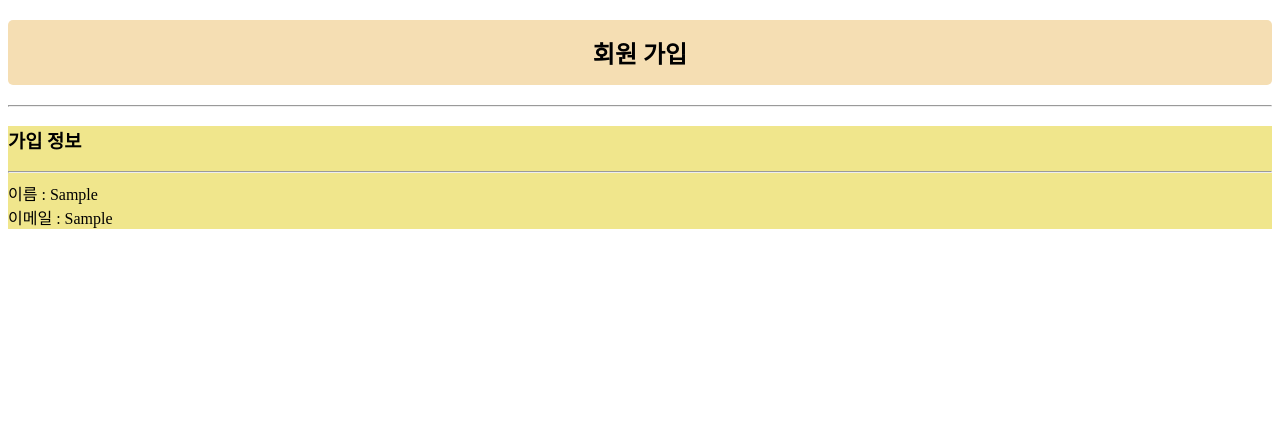
Repository: gold9387/jwbook
Page: jwbook/src/main/webapp/ch03/regform.html
These files come from the project's save history. The page is drawn as it stood at one moment and after the next save; the edit follows.
The browser window is 1280 px wide. The pictures show the whole page.
Empty fields were first filled with sample values (such as "Sample", 5 or name@example.com).
After loading, the first visible `button` was clicked once.

Above is the page before, as saved 2023-06-05 11:36:33.
Console error: TypeError: Cannot read properties of null (reading 'style')

After the next save:
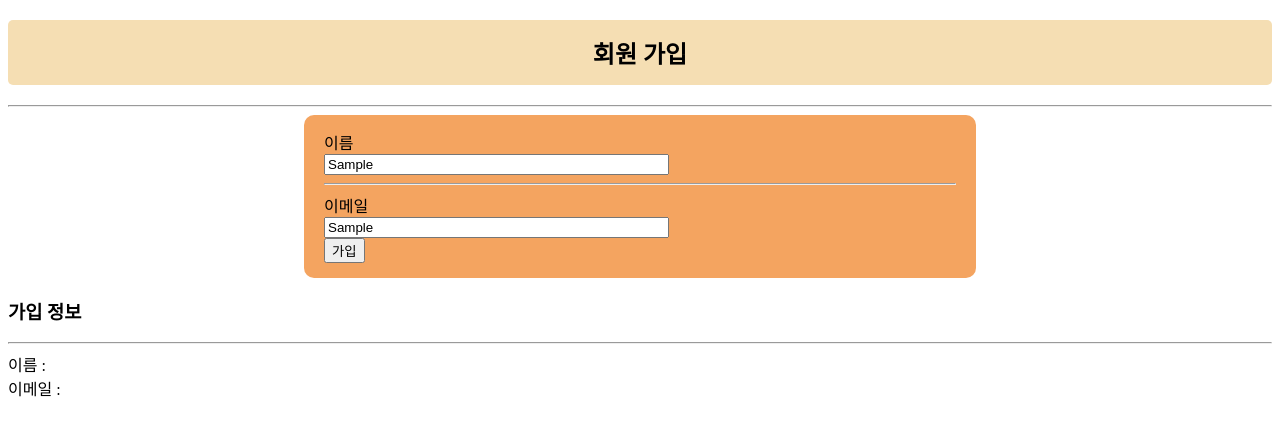
Saved 15 s later.
--- a/jwbook/src/main/webapp/ch03/regform.html
+++ b/jwbook/src/main/webapp/ch03/regform.html
@@ -22,10 +22,10 @@
 <script>
 	function signUp() {
 		alert("정말로 가입하시겠습까?");
-		document.getElementById("regform").style.display = "none";
-		document.getElementById("rname").innerHTML = document.form1.name.value;
-		document.getElementById("remail").innerHTML = document.form1.email.value;
-		document.getElementById("result").setAttribute("style",
+		document.querySelector("regform").style.display = "none";
+		document.querySelector("rname").innerHTML = document.form1.name.value;
+		document.querySelector("remail").innerHTML = document.form1.email.value;
+		document.querySelector("result").setAttribute("style",
 				"display:block; background-color:Khaki;");
 	}
 </script>

After the 3 saves that followed:
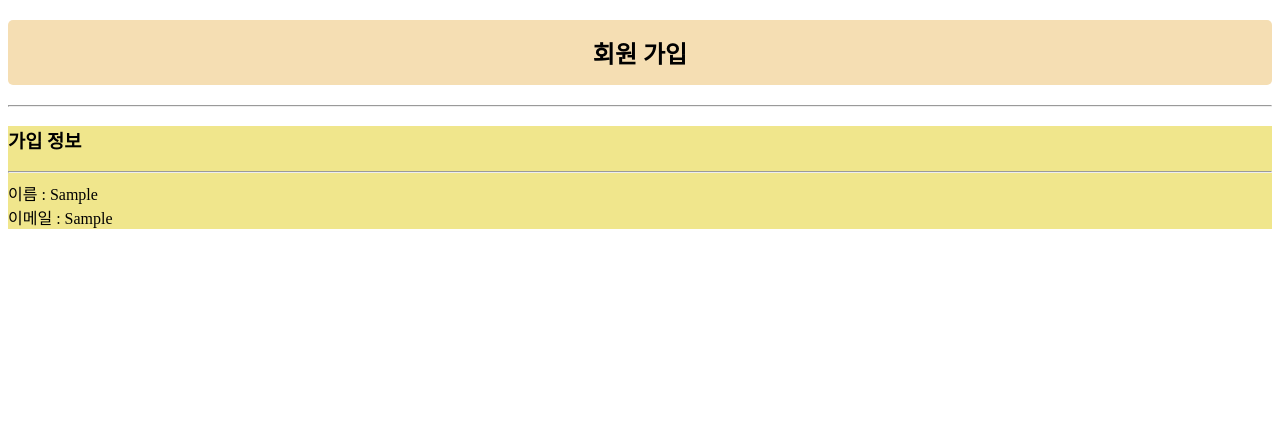
Console error: TypeError: document.qu is not a function
The 3 saves are shown as one change because 2 left the picture as it was.
The last was saved 2 min 36 s later.
--- a/jwbook/src/main/webapp/ch03/regform.html
+++ b/jwbook/src/main/webapp/ch03/regform.html
@@ -22,10 +22,10 @@
 <script>
 	function signUp() {
 		alert("정말로 가입하시겠습까?");
-		document.querySelector("regform").style.display = "none";
-		document.querySelector("rname").innerHTML = document.form1.name.value;
-		document.querySelector("remail").innerHTML = document.form1.email.value;
-		document.querySelector("result").setAttribute("style",
+		document.getElementById("regform").style.display = "none";
+		document.getElementById("rname").innerHTML = document.form1.name.value;
+		document.getElementById("remail").innerHTML = document.form1.email.value;
+		document.getElementById("result").setAttribute("style",
 				"display:block; background-color:Khaki;");
 	}
 </script>
@@ -51,7 +51,7 @@
 		이메일 : <span id="remail"></span><br />
 	</div>
 	<script> /* 자바스크립트 정의 */
-		document.querySelector("result").style.display = "none";
+		document.qu("result").style.display = "none";
 	</script>
 </body>
 </html>
